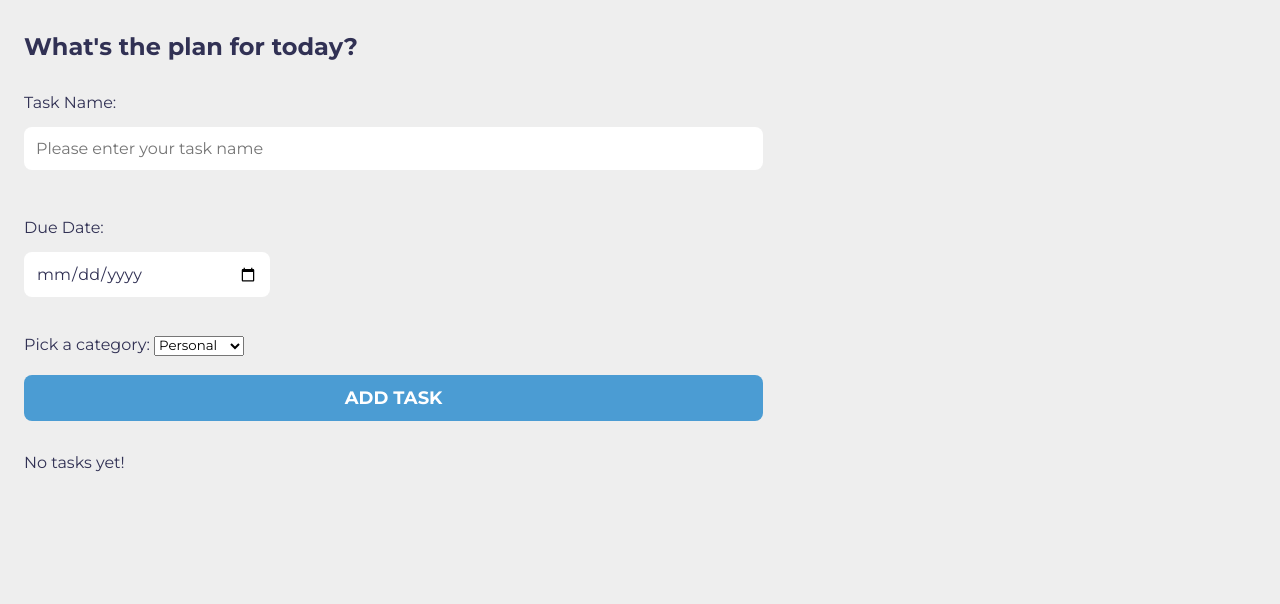
Repository: comp426-2023-spring/a99-SnowPile
Page: http://localhost/
The author's editor kept a copy of each file at every save. The page is drawn from the files as they stood at one save, then again after the next save.
The browser window is 1280 px wide. The pictures show the whole page.
Some web fonts or font styles are not loaded; a fallback is used. The page is served by the project's Node server (app.js).

Above is the page before, as saved 2023-04-15 21:45:26.

After the next save:
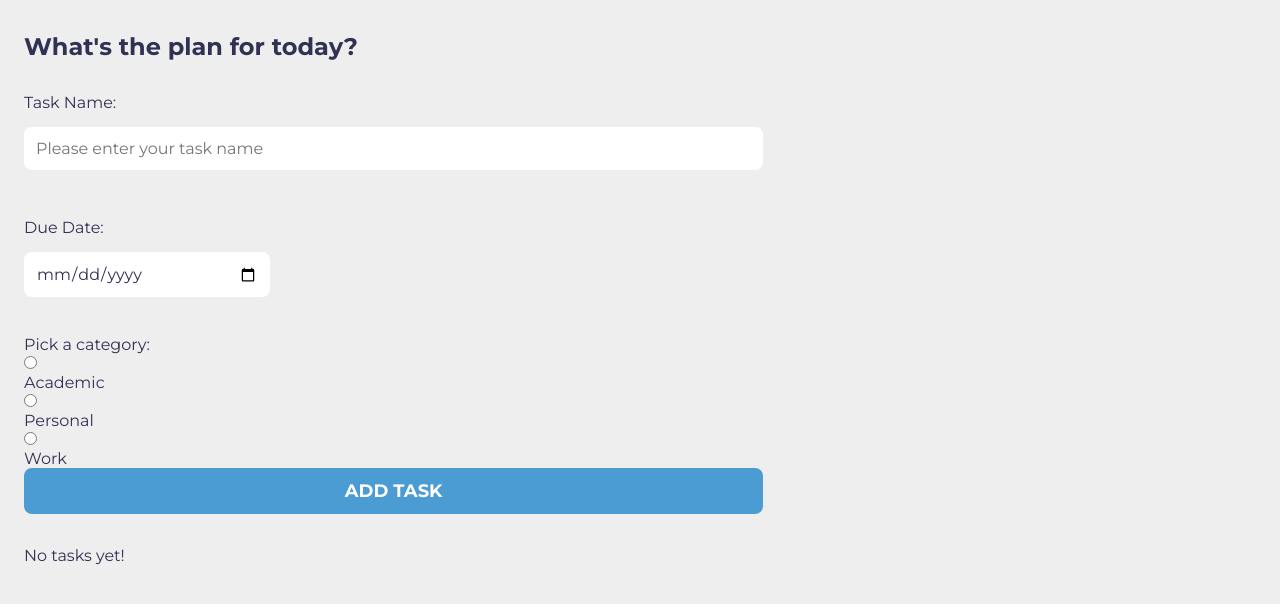
Saved 6 min 59 s later.
--- a/frontend/views/index.ejs
+++ b/frontend/views/index.ejs
@@ -28,11 +28,28 @@
         <input type="date" id="dueDate" name="dueDate" required><br><br>
 
         <label for="category">Pick a category:</label>
-        <select id="category" name="category">
+        <!-- <select id="category" name="category">
           <option value="Personal">Personal</option>
           <option value="Academic">Academic</option>
           <option value="Work">Work</option>
-        </select><br><br>
+        </select><br><br> -->
+        <div class="category">
+					<label>
+						<input type="radio" name="category" id="category1" value="Academic" />
+						<span class="bubble academic"></span>
+						<div>Academic</div>
+					</label>
+					<label>
+						<input type="radio" name="category" id="category2" value="Personal" />
+						<span class="bubble personal"></span>
+						<div>Personal</div>
+					</label>
+          <label>
+						<input type="radio" name="category" id="category3" value="Work" />
+						<span class="bubble work"></span>
+						<div>Work</div>
+					</label>
+				</div>
 
         <input type="submit" value="Add Task">
 
